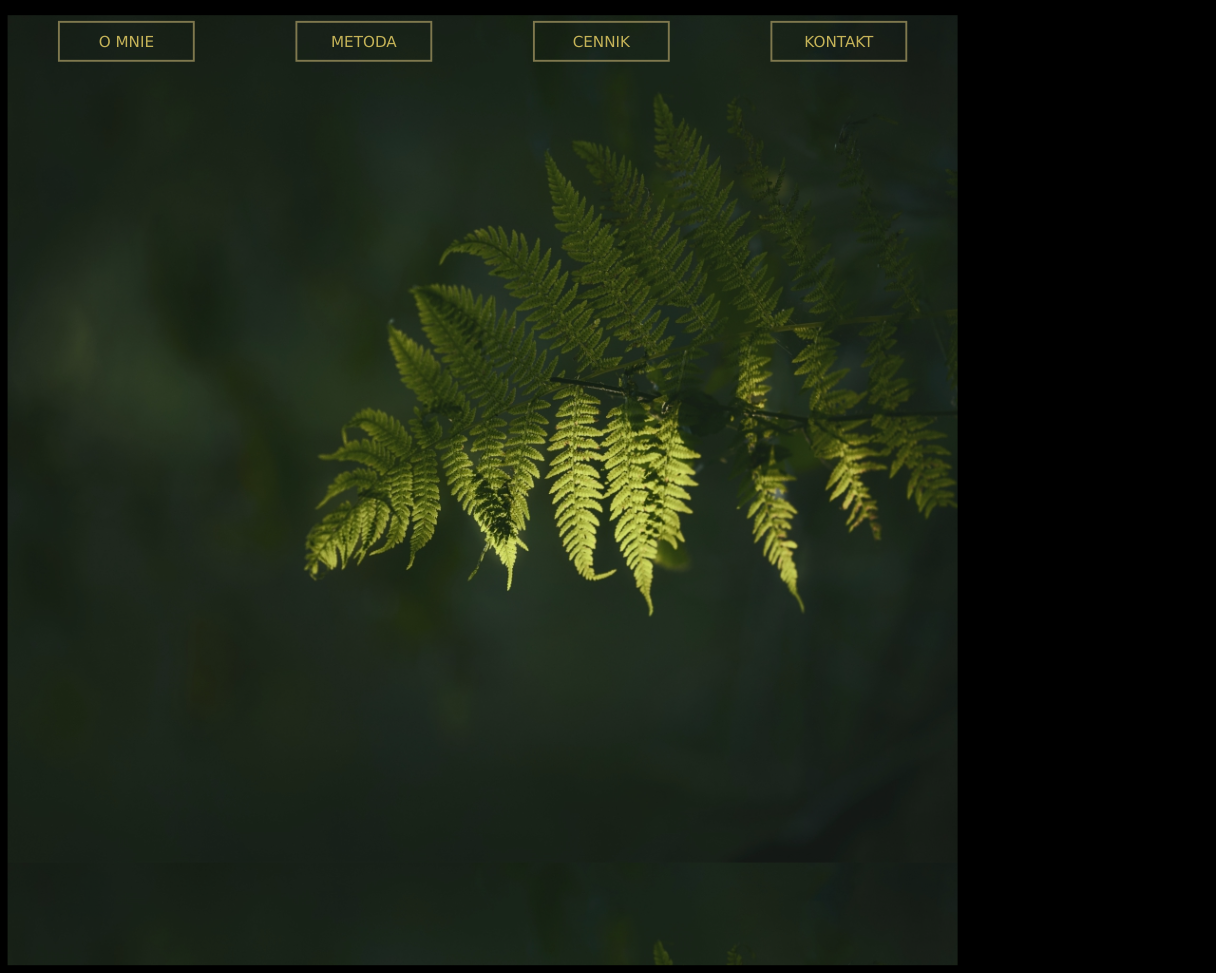
Repository: LechCieslak/Anna_Cieslak_v2.1
Page: index.html
The author's editor kept a copy of each file at every save. The page is drawn from the files as they stood at one save, then again after the next save.
The browser window is 1280 px wide. The pictures show the whole page, at 95% of full size.

Above is the page before, as saved 2020-09-17 16:02:06.

After the next save:
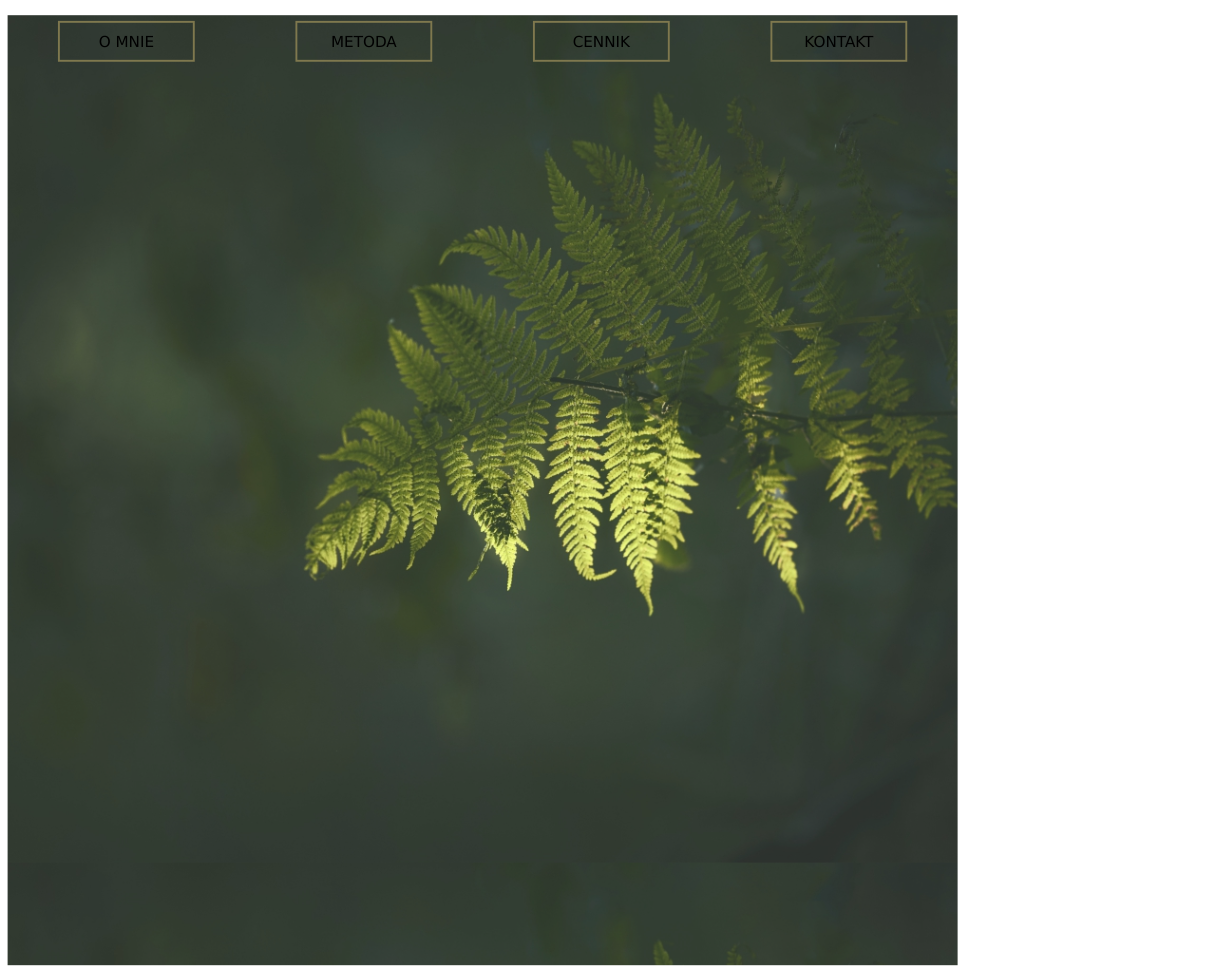
Saved 29 s later.
--- a/style.css
+++ b/style.css
@@ -7,10 +7,10 @@ body {
     --tlo: #4C6464;
     --text: #C5B358;
     --ramka: #7F784E;
-    background-position-x: center;
+    /* background-position-x: center;
     background-color: black;
     color: var(--text);
-    animation: backgroundEffPoz 3s forwards;
+    animation: backgroundEffPoz 3s forwards; */
     width: 1000px;
     height: 1000px;
     display: block;
